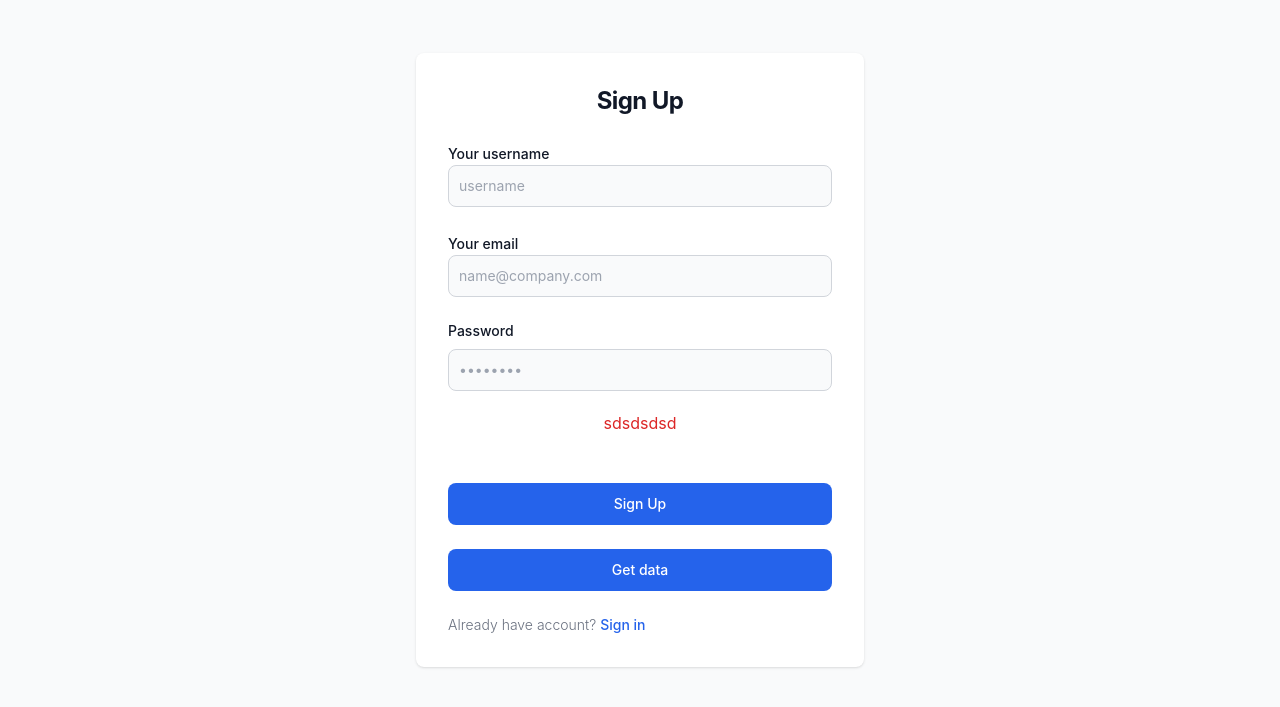
Repository: Than-sothearak/news-today
Page: /register (app in client/)
An editor plug-in stored every save of this project. The page is shown before and after the next save, followed by the edit.
The browser window is 1280 px wide. The pictures show the whole page.
The project was rebuilt for these pictures with package versions that can differ from the ones it lists, and the page was loaded fresh each time. Also part of the build but not shown: client/vite.config.js, client/data.js, client/src/components/Post.jsx, client/src/components/HeroBanner.jsx, client/src/page/Home.jsx, client/src/page/Login.jsx, client/src/page/Single.jsx, client/src/page/Write.jsx and 3 more.

Above is the page before, as saved 2023-03-05 17:25:41.

### client/index.html
<!DOCTYPE html>
<html lang="en">
  <head>
    <meta charset="UTF-8" />
    <link rel="icon" type="image/svg+xml" href="/vite.svg" />
    <meta name="viewport" content="width=device-width, initial-scale=1.0" />
    <title>News Today</title>
  </head>
  <body>
    <div id="root"></div>
    <script type="module" src="/src/main.jsx"></script>
  </body>
</html>

### client/src/App.jsx
import "./App.css";
import { createBrowserRouter, RouterProvider } from "react-router-dom";
import { Home } from "./page/Home";
import { Login } from "./page/Login";
import { Register } from "./page/Register";
import { Single } from "./page/Single";
import { Write } from "./page/Write";
import Layout from "./components/Layout";


const router = createBrowserRouter([
  {
    path: "/",
    element: <Layout />,
    children: [
      {
        path: "/",
        element:<Home />
      },
      {
        path: "/post/:id",
        element:<Single />
      },
      {
        path: "/write",
        element:<Write />
      },
    ]
  },
  {
    path: "/register",
    element: <Register />,
  },
  {
    path: "/login",
    element: <Login />,
  },
]);
export default function App() {
  return <RouterProvider router={router} />;
}

### client/src/index.css
@tailwind base;
@tailwind components;
@tailwind utilities;
:root {
  font-family: Inter, system-ui, Avenir, Helvetica, Arial, sans-serif;
  line-height: 1.5;
  font-weight: 400;

  color-scheme: light dark;
  color: rgba(255, 255, 255, 0.87);
  background-color: #242424;

  font-synthesis: none;
  text-rendering: optimizeLegibility;
  -webkit-font-smoothing: antialiased;
  -moz-osx-font-smoothing: grayscale;
  -webkit-text-size-adjust: 100%;
}

a {
  font-weight: 500;
  color: #646cff;
  text-decoration: inherit;
}
a:hover {
  color: #535bf2;
}

body {


  min-width: 332px;
  min-height: 100vh;
}

h1 {
  font-size: 3.2em;
  line-height: 1.1;
}

button {
  border-radius: 8px;
  border: 1px solid transparent;
  padding: 0.6em 1.2em;
  font-size: 1em;
  font-weight: 500;
  font-family: inherit;
  background-color: #1a1a1a;
  cursor: pointer;
  transition: border-color 0.25s;
}
button:hover {
  border-color: #646cff;
}
button:focus,
button:focus-visible {
  outline: 4px auto -webkit-focus-ring-color;
}

@media (prefers-color-scheme: light) {
  :root {
    color: #213547;
    background-color: #ffffff;
  }
  a:hover {
    color: #747bff;
  }
  button {
    background-color: #f9f9f9;
  }
}

### client/src/page/Register.jsx
import React, { useState } from "react";
import { Link } from "react-router-dom";
import axios from "axios";

export const Register = () => {
  const [input, setInput] = useState({
    username: "",
    email: "",
    password: "",
  });
  const [data, setData] = useState();
  const [err, setErr] = useState(null);
  const urlWithProxyData = "/api/v1";
  const urlWithProxy = "api/auth/register";

  const handleChange = (e) => {
    setInput((prev) => ({
      ...prev,
      [e.target.name]: e.target.value,
    }));
  };

  const handleSubmmit = async (e) => {
    e.preventDefault();
    try {
      const res = await axios.post(urlWithProxy, input);
    } catch (err) {
      console.log(err);
      setErr(err.res.data);
    }
  };

  console.log;

  function getDataFromServer() {
    axios
      .get(urlWithProxyData)
      .then((res) => setData(res.data))
      .catch((err) => {
        console.error(err);
      });
  }

  return (
    <section className="bg-gray-50 dark:bg-gray-900">
      <div className="flex flex-col items-center justify-center px-6 py-8 mx-auto md:h-screen lg:py-0">
        <div className="w-full bg-white rounded-lg shadow dark:border md:mt-0 sm:max-w-md xl:p-0 dark:bg-gray-800 dark:border-gray-700">
          <div className="p-6 space-y-4 md:space-y-6 sm:p-8">
            <h1 className="text-xl font-bold leading-tight tracking-tight text-gray-900 md:text-2xl dark:text-white">
              Sign Up
            </h1>
            <form
              onSubmit={handleSubmmit}
              className="text-start space-y-4 md:space-y-6"
              action="#"
            >
              <div>
                <label
                  htmlFor="username"
                  className="text-start text-sm font-medium text-gray-900 dark:text-white"
                >
                  Your username
                </label>
                <input
                  type="username"
                  name="username"
                  id="username"
                  className="bg-gray-50 border border-gray-300 text-gray-900 sm:text-sm rounded-lg focus:ring-primary-600 focus:border-primary-600 block w-full p-2.5 dark:bg-gray-700 dark:border-gray-600 dark:placeholder-gray-400 dark:text-white dark:focus:ring-blue-500 dark:focus:border-blue-500"
                  placeholder="username"
                  required
                  onChange={handleChange}
                />
              </div>
              <div>
                <label
                  htmlFor="email"
                  className="text-start text-sm font-medium text-gray-900 dark:text-white"
                >
                  Your email
                </label>
                <input
                  type="email"
                  name="email"
                  id="email"
                  className="bg-gray-50 border border-gray-300 text-gray-900 sm:text-sm rounded-lg focus:ring-primary-600 focus:border-primary-600 block w-full p-2.5 dark:bg-gray-700 dark:border-gray-600 dark:placeholder-gray-400 dark:text-white dark:focus:ring-blue-500 dark:focus:border-blue-500"
                  placeholder="name@company.com"
                  required
                  onChange={handleChange}
                />
              </div>
              <div>
                <label
                  htmlFor="password"
                  className="block mb-2 text-sm font-medium text-gray-900 dark:text-white"
                >
                  Password
                </label>
                <input
                  type="password"
                  name="password"
                  id="password"
                  placeholder="••••••••"
                  className="bg-gray-50 border border-gray-300 text-gray-900 sm:text-sm rounded-lg focus:ring-primary-600 focus:border-primary-600 block w-full p-2.5 dark:bg-gray-700 dark:border-gray-600 dark:placeholder-gray-400 dark:text-white dark:focus:ring-blue-500 dark:focus:border-blue-500"
                  required=""
                  onChange={handleChange}
                />
                <p className="text-center text-red-600 mt-5">sdsdsdsd</p>
              </div>
              <div className="flex items-center justify-between">
                <div className="flex items-start"></div>
              </div>
              <button
                type="submit"
                className="mt-0 w-full text-white bg-primary-600 hover:bg-primary-700 focus:ring-4 focus:outline-none focus:ring-primary-300 font-medium rounded-lg text-sm px-5 py-2.5 text-center dark:bg-primary-600 dark:hover:bg-primary-700 dark:focus:ring-primary-800"
              >
                Sign Up
              </button>
              <button
                onClick={getDataFromServer}
                type="submit"
                className="w-full text-white bg-primary-600 hover:bg-primary-700 focus:ring-4 focus:outline-none focus:ring-primary-300 font-medium rounded-lg text-sm px-5 py-2.5 text-center dark:bg-primary-600 dark:hover:bg-primary-700 dark:focus:ring-primary-800"
              >
                Get data
              </button>
              <p className="text-sm font-light text-gray-500 dark:text-gray-400">
                Already have account? {data}{" "}
                <Link
                  to="/login"
                  className="font-medium text-primary-600 hover:underline dark:text-primary-500"
                >
                  Sign in
                </Link>
              </p>
            </form>
          </div>
        </div>
      </div>
    </section>
  );
};

### client/tailwind.config.cjs
/** @type {import('tailwindcss').Config} */
module.exports = {
  content: ["./index.html", "./src/**/*.{js,ts,jsx,tsx}"],
  darkMode: "class",
  theme: {

    extend: {
      colors: {
        primary: {
          50: "#eff6ff",
          100: "#dbeafe",
          200: "#bfdbfe",
          300: "#93c5fd",
          400: "#60a5fa",
          500: "#3b82f6",
          600: "#2563eb",
          700: "#1d4ed8",
          800: "#1e40af",
          900: "#1e3a8a",
        }
      },
      fontFamily: {
        body: [
          "Inter",
          "ui-sans-serif",
          "system-ui",
          "-apple-system",
          "system-ui",
          "Segoe UI",
          "Roboto",
          "Helvetica Neue",
          "Arial",
          "Noto Sans",
          "sans-serif",
          "Apple Color Emoji",
          "Segoe UI Emoji",
          "Segoe UI Symbol",
          "Noto Color Emoji",
        ],
        sans: [
          "Inter",
          "ui-sans-serif",
          "system-ui",
          "-apple-system",
          "system-ui",
          "Segoe UI",
          "Roboto",
          "Helvetica Neue",
          "Arial",
          "Noto Sans",
          "sans-serif",
          "Apple Color Emoji",
          "Segoe UI Emoji",
          "Segoe UI Symbol",
          "Noto Color Emoji",
        ],
      },
    },
  },

  plugins: [],
};

Loaded but not shown: client/src/main.jsx (common file); client/src/App.css (common file)

After the next save:
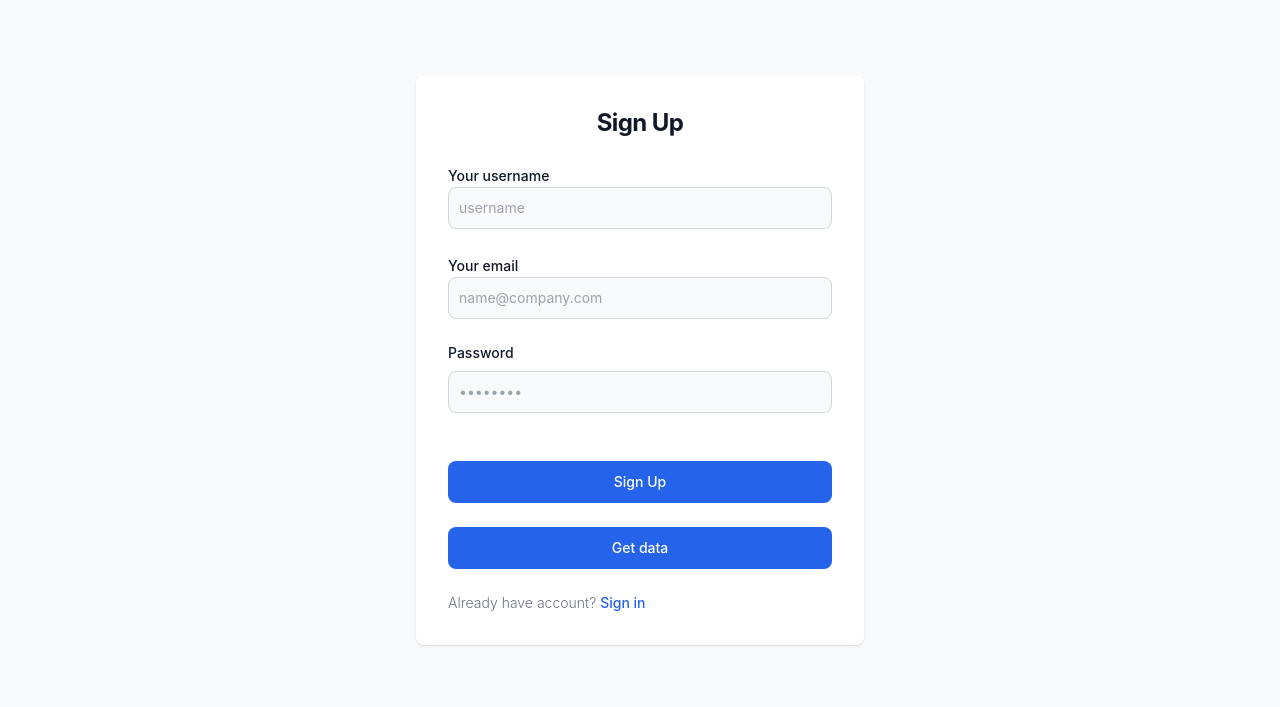
Saved 18 s later.
--- a/client/src/page/Register.jsx
+++ b/client/src/page/Register.jsx
@@ -104,7 +104,7 @@ export const Register = () => {
                   required=""
                   onChange={handleChange}
                 />
-                <p className="text-center text-red-600 mt-5">sdsdsdsd</p>
+                <p className="text-center text-red-600 mt-5">{err}</p>
               </div>
               <div className="flex items-center justify-between">
                 <div className="flex items-start"></div>
